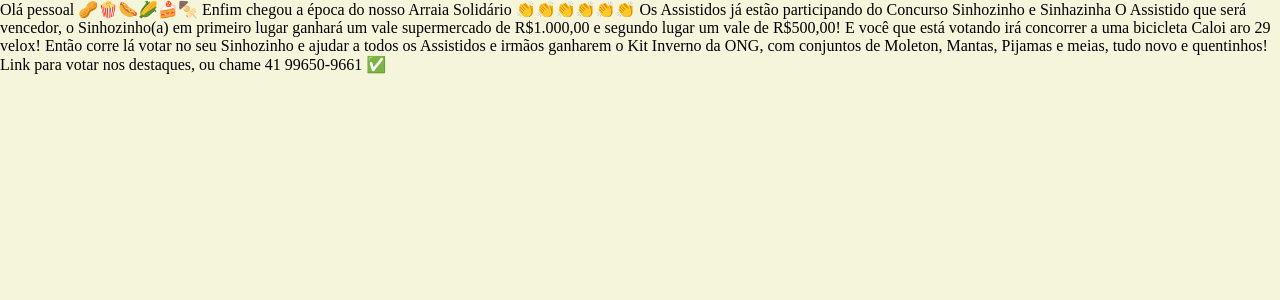
Repository: adrtrvs/qrcodeong
Page: campaignall.html
An editor plug-in stored every save of this project. The page is shown before and after the next save, followed by the edit.
The browser window is 1280 px wide. The pictures show the whole page.
Some web fonts or font styles are not loaded; a fallback is used.

Above is the page before, as saved 2023-05-26 11:18:09.

### campaignall.html
<!DOCTYPE html>
<html lang="pt-br">
  <head>
    <meta charset="UTF-8" />
    <meta http-equiv="X-UA-Compatible" content="IE=edge" />
    <meta name="viewport" content="width=device-width, initial-scale=1.0" />
    <link
      href="./files/logofavifinal.jpeg"
      rel="shortcut icon"
      type="image/x-icon"
    />
    <link rel="stylesheet" href="style.css" />
    <title>Campanha de inverno</title>
  </head>
  <body>
    <p>
      Olá pessoal 🥜🍿🌭🌽🍰🍢 Enfim chegou a época do nosso Arraia Solidário
      👏👏👏👏👏👏 Os Assistidos já estão participando do Concurso Sinhozinho e
      Sinhazinha O Assistido que será vencedor, o Sinhozinho(a) em primeiro
      lugar ganhará um vale supermercado de R$1.000,00 e segundo lugar um vale
      de R$500,00! E você que está votando irá concorrer a uma bicicleta Caloi
      aro 29 velox! Então corre lá votar no seu Sinhozinho e ajudar a todos os
      Assistidos e irmãos ganharem o Kit Inverno da ONG, com conjuntos de
      Moleton, Mantas, Pijamas e meias, tudo novo e quentinhos! Link para votar
      nos destaques, ou chame 41 99650-9661 ✅
    </p>
  </body>
</html>

### style.css
@import url('https://fonts.googleapis.com/css2?family=Courgette&display=swap');
@import url('https://fonts.googleapis.com/css2?family=Indie+Flower&display=swap');
@import url('https://fonts.googleapis.com/css2?family=Cuprum:wght@500&display=swap');
* {
  padding: 0;
  margin: 0;
}
@keyframes animate {
  0% {
    opacity: 0;
  }

  50% {
    opacity: 1;
  }

  100% {
    opacity: 0;
  }
}

body {
  background-color: #f5f5dc;
  background-repeat: no-repeat;
  background-size: cover;
  width: 100%;
}
header {
  display: flex;
  flex-direction: column;
}

header img {
  width: 100%;
}

header p {
  color: black;
  text-align: center;
  font-size: 18px;
  margin: 10px;
  font-family: 'Cuprum', sans-serif;
  align-items: center;
}

/*FONTES*/

h1,
h2,
h3 {
  color: #008cba;
  text-transform: uppercase;
  font-family: 'Cuprum', sans-serif;
}

/* MENU INDEX */

.menu h2 {
  background-color: #008cba;
  text-align: center;
  font-size: 18px;
  margin: 5px;
  padding: 5px;
  color: whitesmoke;
  font-family: 'Cuprum', sans-serif;
}

.menu h3 {
  font-size: 16px;
  margin-bottom: 5px;
  font-family: 'Cuprum', sans-serif;
}

/* LISTA INDEX */

ul li {
  display: flex;
  justify-content: space-between;
  padding: 16px;
  border-bottom: 1px solid rgba(0, 0, 0, 0.1);
}

/* PARAGRAFOS INDEX*/

.details {
  padding: 5px;
  color: #008cba;
  font-family: 'Cuprum', sans-serif;
}

/*BOTAO INDEX*/

._link {
  background-color: #008cba;
  border: none;
  padding: 13px 23px;
  border-radius: 26px;
  align-self: flex-start;
}

.submenu button a {
  text-decoration: none;
  font-size: 14px;
  color: whitesmoke;
  white-space: nowrap;
  font-family: 'Cuprum', sans-serif;
}

._link:hover {
  background-color: #cbf305;
  transition-duration: 0.4s;
}

.botaocomprov {
  background-color: #4caf50;
  border: none;
  padding: 13px 23px;
  border-radius: 26px;
}
.botaocomprov:hover {
  background-color: #cbf305;
  transition-duration: 0.4s;
}
.botaocomprov a {
  text-decoration: none;
  font-size: 14px;
  color: whitesmoke;
  white-space: nowrap;
  font-family: 'Cuprum', sans-serif;
}
/* PIX ONG  */
._pix {
  color: black;
  padding: 20px;
  text-align: center;
}
.qrcodepixong {
  display: flex;
  flex-direction: column;
  align-items: center;
  background-color: whitesmoke;
}
.qrcodepixong img {
  max-width: -webkit-fill-available;
}

/* TROCO SOLIDÁRIO */

div.trocorockn {
  display: flex;
  flex-direction: column;
  align-items: center;
  background-color: whitesmoke;
}
.trocorockn img {
  max-width: -webkit-fill-available;
}
.ultroco li {
  text-align: center;
  font-family: 'Cuprum', sans-serif;
  color: #008cba;
}

/*BOTÃO CAMPANHAS*/

.campaignbutton {
  background-color: rgba(219, 10, 10, 0.73);
  border: none;
  padding: 13px 23px;
  border-radius: 26px;
}

.campaignbutton a {
  text-decoration: none;
  text-transform: uppercase;
  font-size: 2em;
  color: #f5f5dc;
  animation: animate 2s linear infinite;
  font-family: 'Cuprum', sans-serif;
}

/* .bcampaign {
  padding: 8px 15px;
  border-radius: 26px;
  border: none;
  background-color: #008cba;
}

.bcampaign:hover {
  background-color: #cbf305;
  transition-duration: 0.4s;
} */
/* CAMPAIGN*/

/* campaignvid {
  display: flex;
  flex-direction: column;
  align-items: center;
 */

/* .buttoncampaignaj {
  padding: 8px 15px;
  border-radius: 26px;
  border: none;
  background-color: #008cba;
  margin: 20px;
}

.buttoncampaignaj a {
  text-decoration: none;
  text-transform: uppercase;
  font-size: 2em;
  color: whitesmoke;
  animation: animate 3s linear infinite;
}

.buttoncampaignaj:hover {
  background-color: #4caf50;
  transition-duration: 0.4s;
}

.titlecampaing {
  text-align: center;
  color: rgba(0, 0, 0, 0.9);
}
*/
.campaigndescription {
  font-size: 16px;
  color: rgba(0, 0, 0, 0.8);
  padding: 16px;
  text-align: center;
  justify-content: space-between;
}

After the next save:
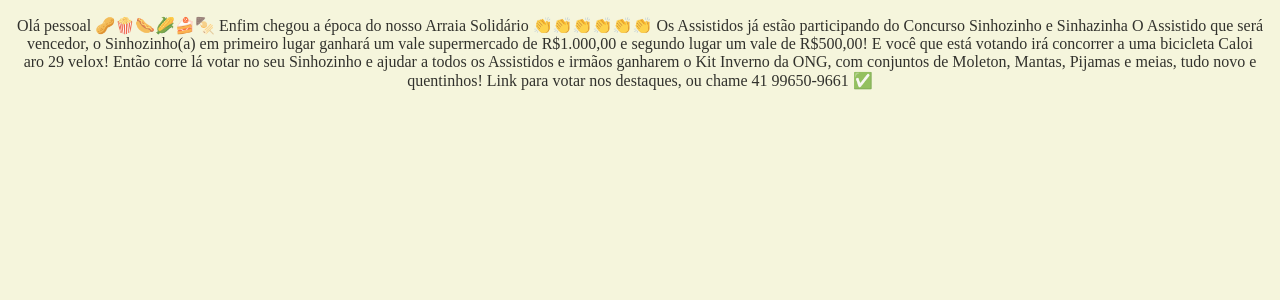
Saved 15 s later.
--- a/campaignall.html
+++ b/campaignall.html
@@ -13,7 +13,7 @@
     <title>Campanha de inverno</title>
   </head>
   <body>
-    <p>
+    <p class="campaigndescription">
       Olá pessoal 🥜🍿🌭🌽🍰🍢 Enfim chegou a época do nosso Arraia Solidário
       👏👏👏👏👏👏 Os Assistidos já estão participando do Concurso Sinhozinho e
       Sinhazinha O Assistido que será vencedor, o Sinhozinho(a) em primeiro
